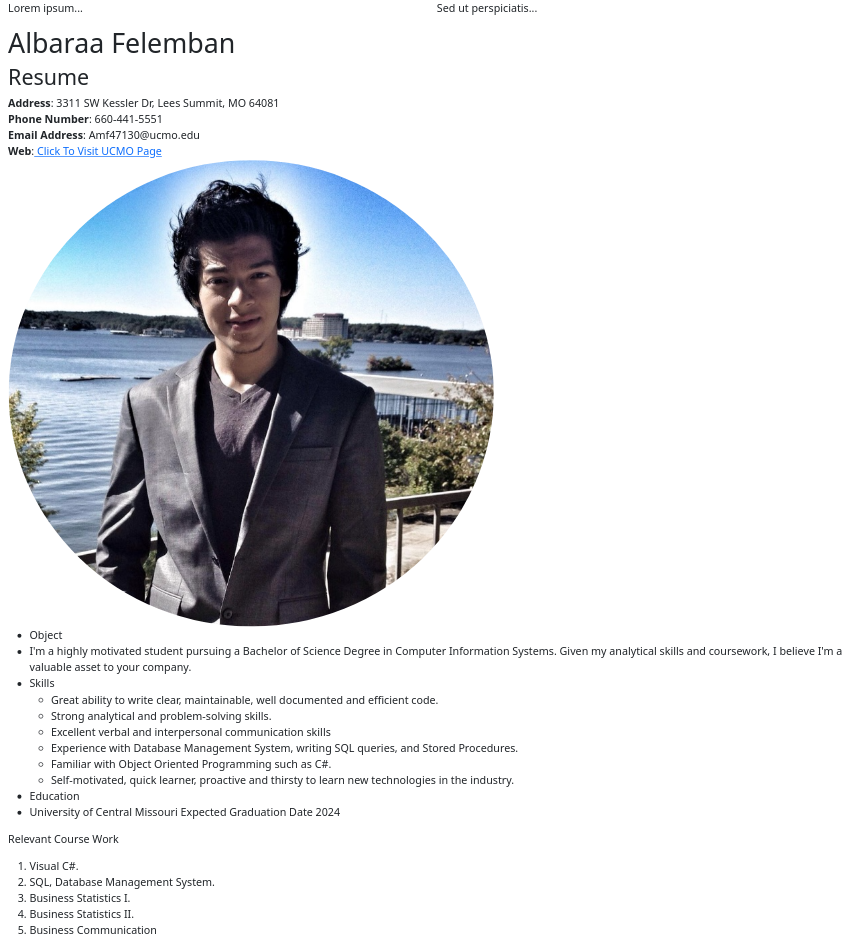
Repository: MrFelemban/RealEstate_Web-cis2625
Page: Lesson 8/index.html
The author's editor kept a record of every edit. The page is drawn from the files as they stood at one moment, then again after the next edit.
The browser window is 1280 px wide. The pictures show the whole page, at 67% of full size.

Above is the page before.

### Lesson 8/index.html
<!doctype html>
<html lang="en">
  <head>
    <meta charset="utf-8">
    <meta name="viewport" content="width=device-width, initial-scale=1">
    <title>Bootstrap demo</title>
    <link href="https://cdn.jsdelivr.net/npm/bootstrap@5.3.0-alpha1/dist/css/bootstrap.min.css" rel="stylesheet" integrity="sha384-GLhlTQ8iRABdZLl6O3oVMWSktQOp6b7In1Zl3/Jr59b6EGGoI1aFkw7cmDA6j6gD" crossorigin="anonymous">
  </head>
  <body>
      <div class="container-fluid">
  <div class="row">
    <div class="col-sm-3 col-md-6">
      <p>Lorem ipsum...</p>
    </div>
    <div class="col-sm-9 col-md-6">
      <p>Sed ut perspiciatis...</p>
      </div>
    <div class="row">
  </div>
</div>
	<table name="top" id="top">
		<tr>
			<td>
				<img src="PersonalPhoto.jpg"class="rounded-circle" alt="Albaraa Photo">
			</td>
			<div class="Div_Name">
				<h1> Albaraa Felemban</h1>
			</div>
			<h2>Resume</h2>
			<div class="myDiv">
				<b>Address</b>: 3311 SW Kessler Dr, Lees Summit, MO 64081</br>
				<b>Phone Number</b>: 660-441-5551</br>
				<b>Email Address</b>: Amf47130@ucmo.edu</br>
				<b>Web</b>:<a href=" http://www.ucmo.edu"> Click To Visit UCMO Page </a>
				</td>
		</tr>
		</div>
	</table>
	<ul>
		<li class="Subject">Object</li>

		<li id="Hook">I'm a highly motivated student pursuing a Bachelor of Science Degree in Computer Information Systems. Given my analytical skills and coursework, I believe I'm a valuable asset to your company.</li>

		<li class="Subject">Skills</li>

		<div class="Skills">
			<ul>
				<li>Great ability to write clear, maintainable, well documented and efficient code.</li>
				<li>Strong analytical and problem-solving skills.</li>
				<li>Excellent verbal and interpersonal communication skills</li>
				<li>Experience with Database Management System, writing SQL queries, and Stored Procedures.</li>
				<li>Familiar with Object Oriented Programming such as C#.</li>
				<li>Self-motivated, quick learner, proactive and thirsty to learn new technologies in the industry.</li>
			</ul>
		</div>
		<li class="Subject">Education</li>
		<li id="Education">
			University of Central Missouri Expected Graduation Date 2024
		</li>
	</ul>
	<p id="Courses">Relevant Course Work </p>
	<ol>
		<div class="Course_Work">
			<li>Visual C#.</li>
			<li>SQL, Database Management System.</li>
			<li>Business Statistics I.</li>
			<li>Business Statistics II.</li>
			<li>Business Communication</li>
		</div>
	</ol>    <script src="https://cdn.jsdelivr.net/npm/bootstrap@5.3.0-alpha1/dist/js/bootstrap.bundle.min.js" integrity="sha384-w76AqPfDkMBDXo30jS1Sgez6pr3x5MlQ1ZAGC+nuZB+EYdgRZgiwxhTBTkF7CXvN" crossorigin="anonymous"></script>
  </body>
</html>

After the next edit:
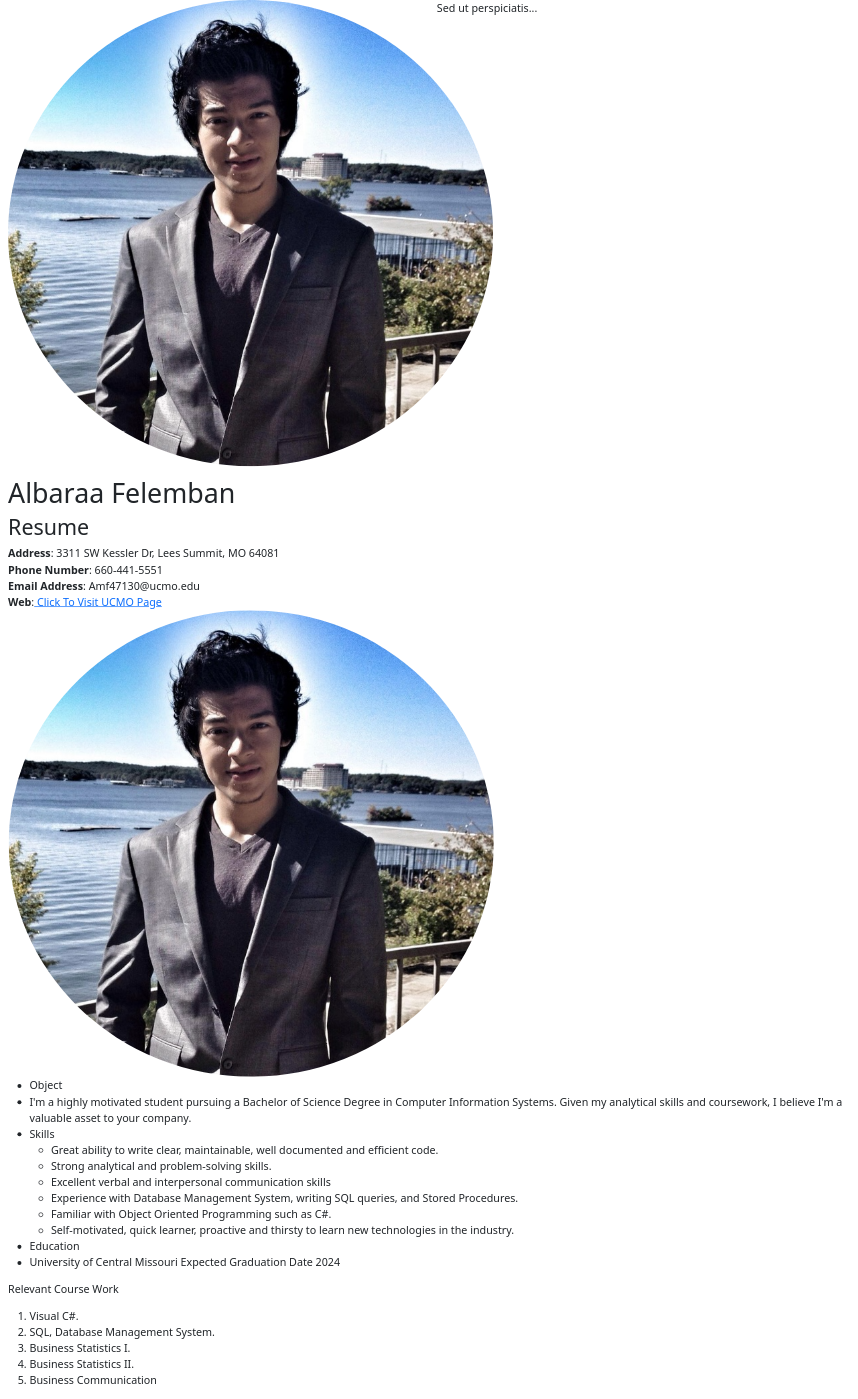
The edit:
--- a/Lesson 8/index.html
+++ b/Lesson 8/index.html
@@ -10,7 +10,8 @@
       <div class="container-fluid">
   <div class="row">
     <div class="col-sm-3 col-md-6">
-      <p>Lorem ipsum...</p>
+      <p>				<img src="PersonalPhoto.jpg"class="rounded-circle" alt="Albaraa Photo">
+</p>
     </div>
     <div class="col-sm-9 col-md-6">
       <p>Sed ut perspiciatis...</p>
